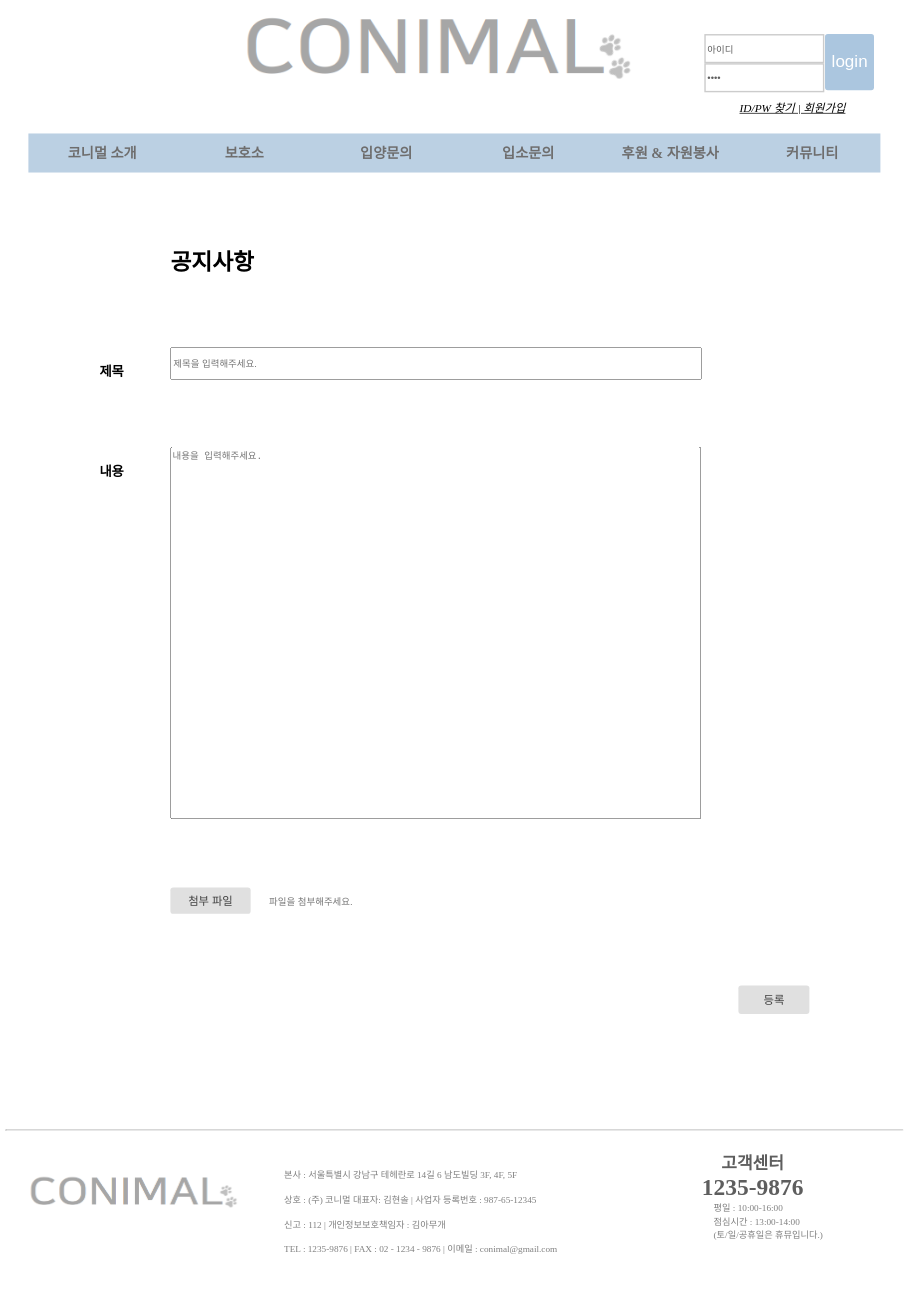
Repository: rlagusthf12/SemiProject
Page: http://localhost/jspProject/views/notice/writeNotice.jsp
The author's editor kept a copy of each file at every save. The page is drawn from the files as they stood at one save, then again after the next save.
The browser window is 1280 px wide. The pictures show the whole page, at 71% of full size.
The page is served by Tomcat 9.

Above is the page before, as saved 2021-05-18 08:11:36.

After the next save:
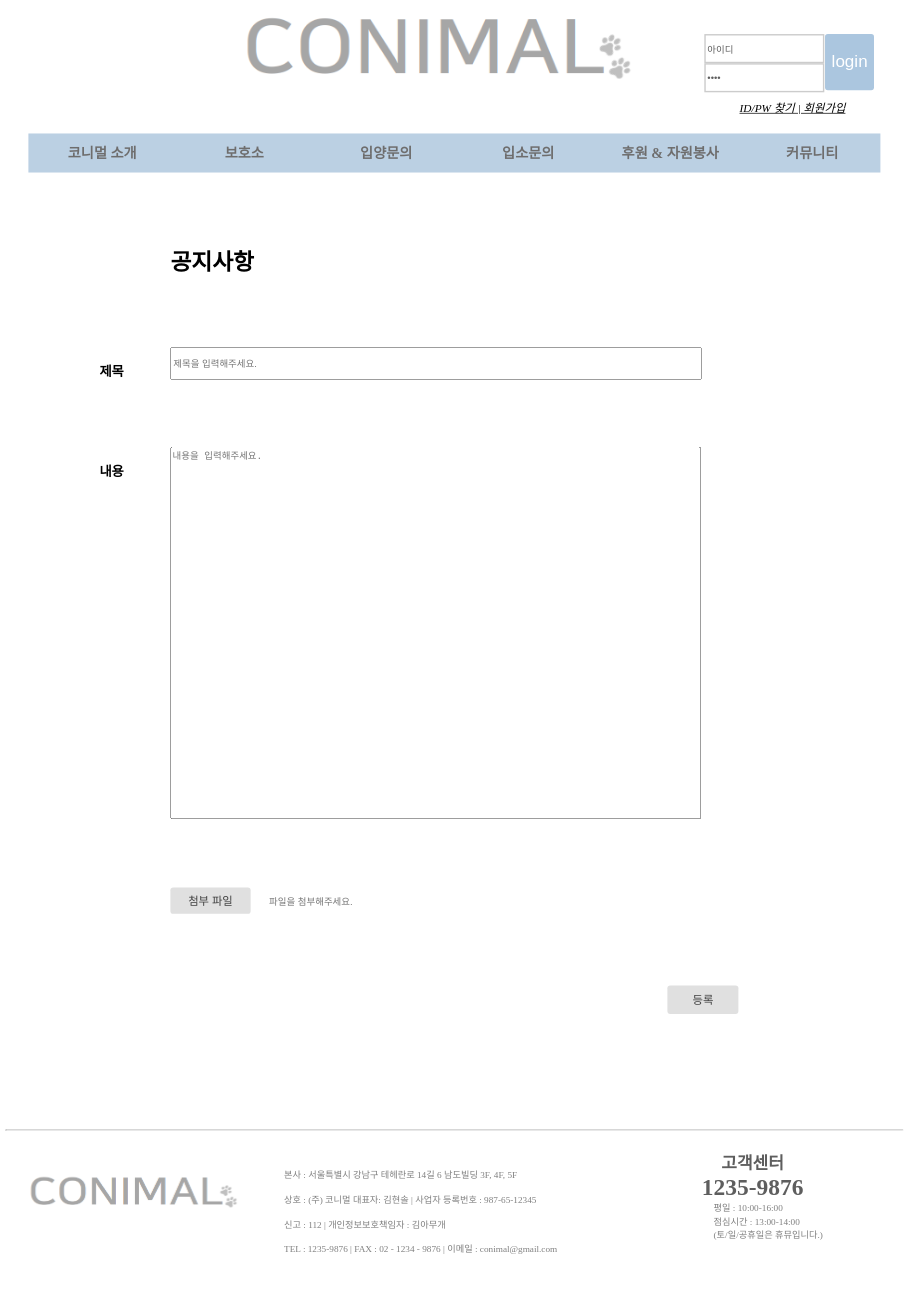
Saved 4 s later.
--- a/jspProject/WebContent/views/notice/writeNotice.jsp
+++ b/jspProject/WebContent/views/notice/writeNotice.jsp
@@ -74,7 +74,7 @@ display:none;
     border-radius: 4px;
     width: 100px;
     height: 40px;
-    margin-left: 100px;
+    margin-right: 100px;
   }
 
 
